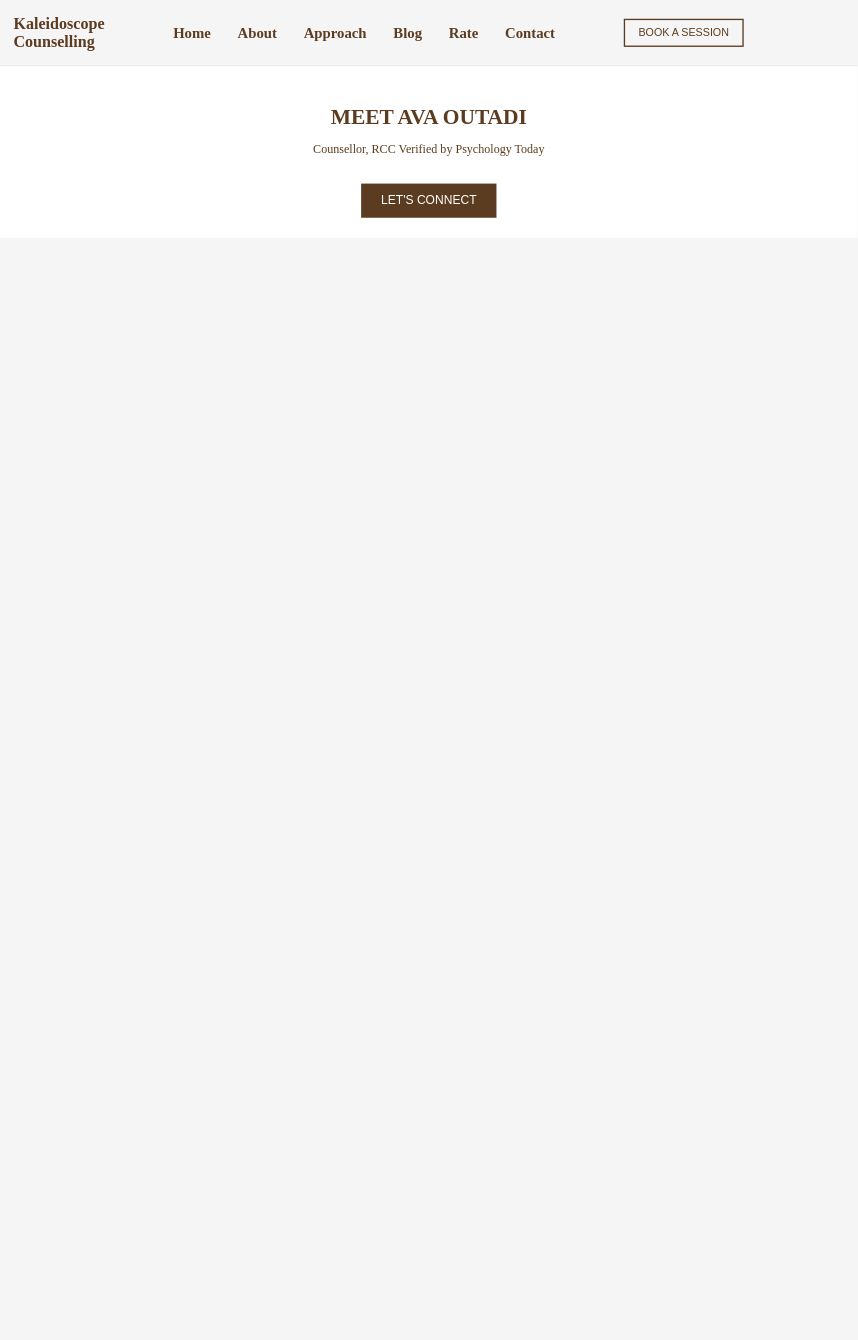
Repository: voutadi/project2
Page: index.html
An editor plug-in stored every save of this project. The page is shown before and after a run of saves, followed by the edit.
The browser window is 1280 px wide. The pictures show the whole page, at 67% of full size.

Above is the page before, as saved 2024-10-03 15:27:43.

### index.html
<!DOCTYPE html>
<html lang="en">
  <head>
    <meta charset="UTF-8" />
    <meta name="viewport" content="width=device-width, initial-scale=1.0" />
    <title>Kaleidoscope Counselling</title>
    <link rel="stylesheet" href="styles/style.css" />
  </head>
  <body>
    <header>
      <div class="logo-container">
        <div class="logo">
          Kaleidoscope <br />
          Counselling
        </div>
      </div>
      <nav class="navbar">
        <ul>
          <li><a href="#home">Home</a></li>
          <li><a href="https://www.psychologytoday.com/ca/therapists/ava-outadi-port-moody-bc/1111563">About</a></li>
          <li><a href="#approach">Approach</a></li>
          <li><a href="#blog">Blog</a></li>
          <li><a href="#rate">Rate</a></li>
          <li><a href="#contact">Contact</a></li>
        </ul>
      </nav>
      <button class="book-session">BOOK A SESSION</button>
    </header>

    <main>
      <section class="intro">
        <h1>MEET AVA OUTADI</h1>
        <p>Counsellor, RCC Verified by Psychology Today</p>
        <button class="get-started">LET'S CONNECT</button>
      </section>
    </main>
  </body>
</html>

### styles/style.css
/* styles/style.css */

body {
    font-family: 'Arial, sans-serif';
    color: #5c3c20;
    background-color: #f5f5f5;
    margin: 0;
    padding: 0;
    height: 2000px;
}

header {
    display: flex;
    justify-content: space-between;
    align-items: center;
    padding: 20px;
    background-color: #f5f5f5;
    border-bottom: 1px solid #ddd;
}

.logo-container .logo {
    font-size: 24px;
    font-weight: bold;
}

.navbar ul {
    list-style: none;
    display: flex;
    gap: 40px;
    margin-left: 40px;
    margin-right: 40px;
    padding: 0;
}

.navbar a {
    text-decoration: none;
    color: #5c3c20;
    font-weight: bold;
    font-size: 22PX;
}

.book-session {
    background-color: transparent;
    border: 2px solid #5c3c20;
    color: #5c3c20;
    padding: 10px 20px;
    font-size: 16px;
    cursor: pointer;
    margin-right: 150px;
}

main .intro {
    text-align: center;
    padding: 30px 20px;
    background-color: #fff;
    color: #5c3c20;
}

.intro h1 {
    font-size: 32px;
    margin-bottom: 20px;
}

.intro p {
    font-size: 18px;
    margin-bottom: 40px;
}

.intro .get-started {
    background-color: #5c3c20;
    color: #fff;
    border: none;
    padding: 15px 30px;
    font-size: 18px;
    cursor: pointer;
}

/* Add to styles/style.css */

/* Mobile styles */
@media (max-width: 800px) {
    header {
        flex-direction: column;
        align-items: flex-start;
    }

    .navbar ul {
        flex-direction: column;
        gap: 10px;
    }
    .navbar a{
        font-size: 16px;
    }

    .book-session {
        margin-top: 10px;
    }

    .intro h1 {
        font-size: 24px;
    }

    .intro p {
        font-size: 16px;
    }

    .intro .get-started {
        padding: 10px 20px;
        font-size: 16px;
    }


}

After the next 2 saves:
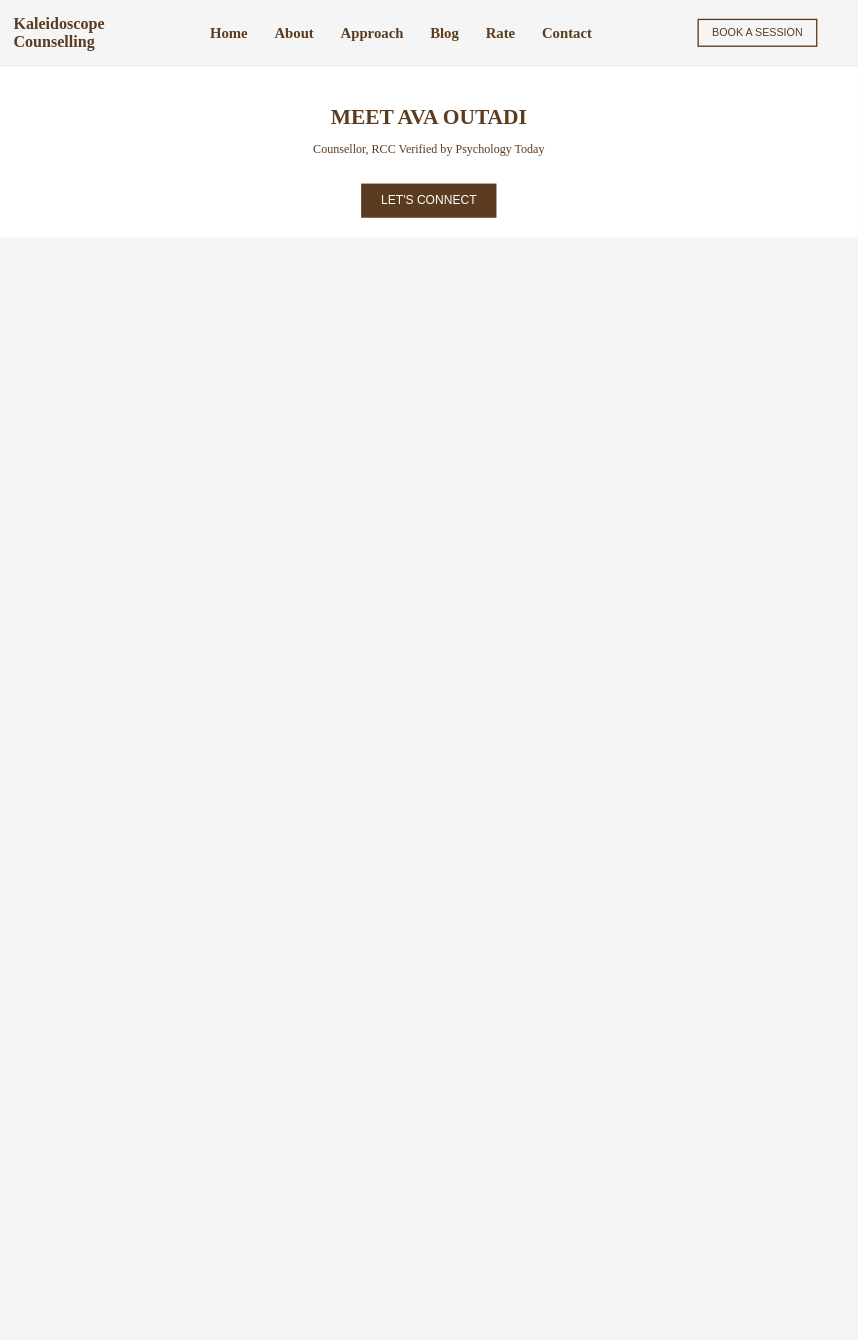
The 2 saves are shown as one change because they came seconds apart.
The last was saved 51 s later.
--- a/styles/style.css
+++ b/styles/style.css
@@ -46,7 +46,7 @@
     padding: 10px 20px;
     font-size: 16px;
     cursor: pointer;
-    margin-right: 150px;
+    margin-right: 40px;
 }
 
 main .intro {
